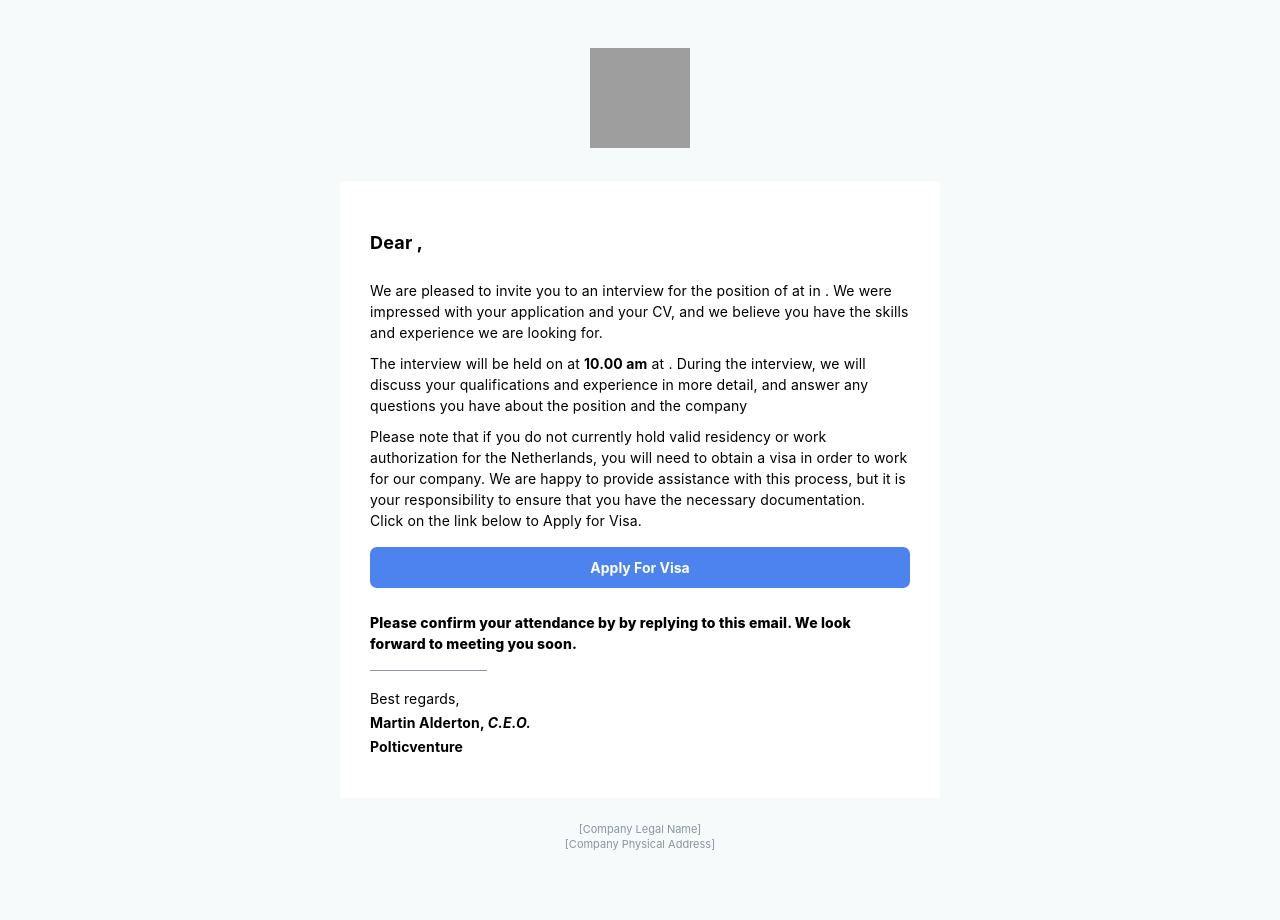
Repository: greatchriz/job
Page: resources/views/emails/CvAcceptedMail.blade.php
These files come from the project's save history. The page is drawn as it stood at one moment and after the next save; the edit follows.
The browser window is 1280 px wide. The pictures show the whole page.
Pictures or frames that could not be fetched are drawn as grey boxes. The page is served by the project's Laravel application, run on PHP 8.4 with Laravel 10. The template is opened directly, without the code that normally fills it, so the values that code supplies are empty.

Above is the page before, as saved 2023-12-07 02:21:54.

After the next save:
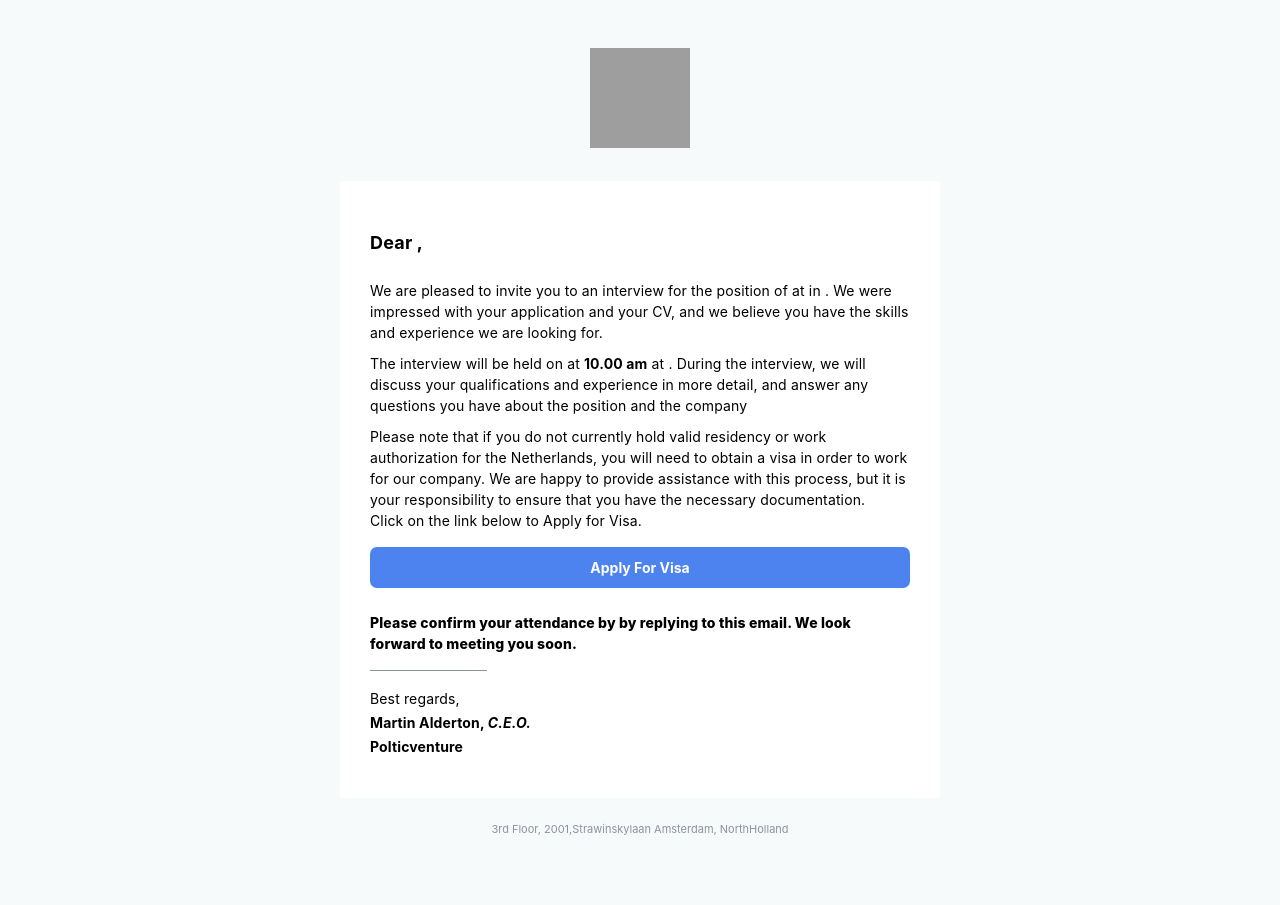
Saved 10 min 33 s later.
--- a/resources/views/emails/CvAcceptedMail.blade.php
+++ b/resources/views/emails/CvAcceptedMail.blade.php
@@ -152,7 +152,7 @@
                 <td style="padding: 24px 0 48px; font-size: 0px;">
                   <!--[if mso | IE]>      <table role="presentation" border="0" cellpadding="0" cellspacing="0">        <tr>          <td style="vertical-align:top;width:300px;">      <![endif]-->
                   <div class="outlook-group-fix" style="padding: 0 0 20px 0; vertical-align: top; display: inline-block; text-align: center; width:100%;">
-                    <span style="padding: 0; font-size: 11px; line-height: 15px; font-weight: normal; color: #8B949F;">[Company Legal Name]<br/>[Company Physical Address]
+                    <span style="padding: 0; font-size: 11px; line-height: 15px; font-weight: normal; color: #8B949F;">3rd Floor, 2001,Strawinskylaan Amsterdam, NorthHolland
                     </div>
                   </div>
                   <!--[if mso | IE]>      </td></tr></table>      <![endif]-->
